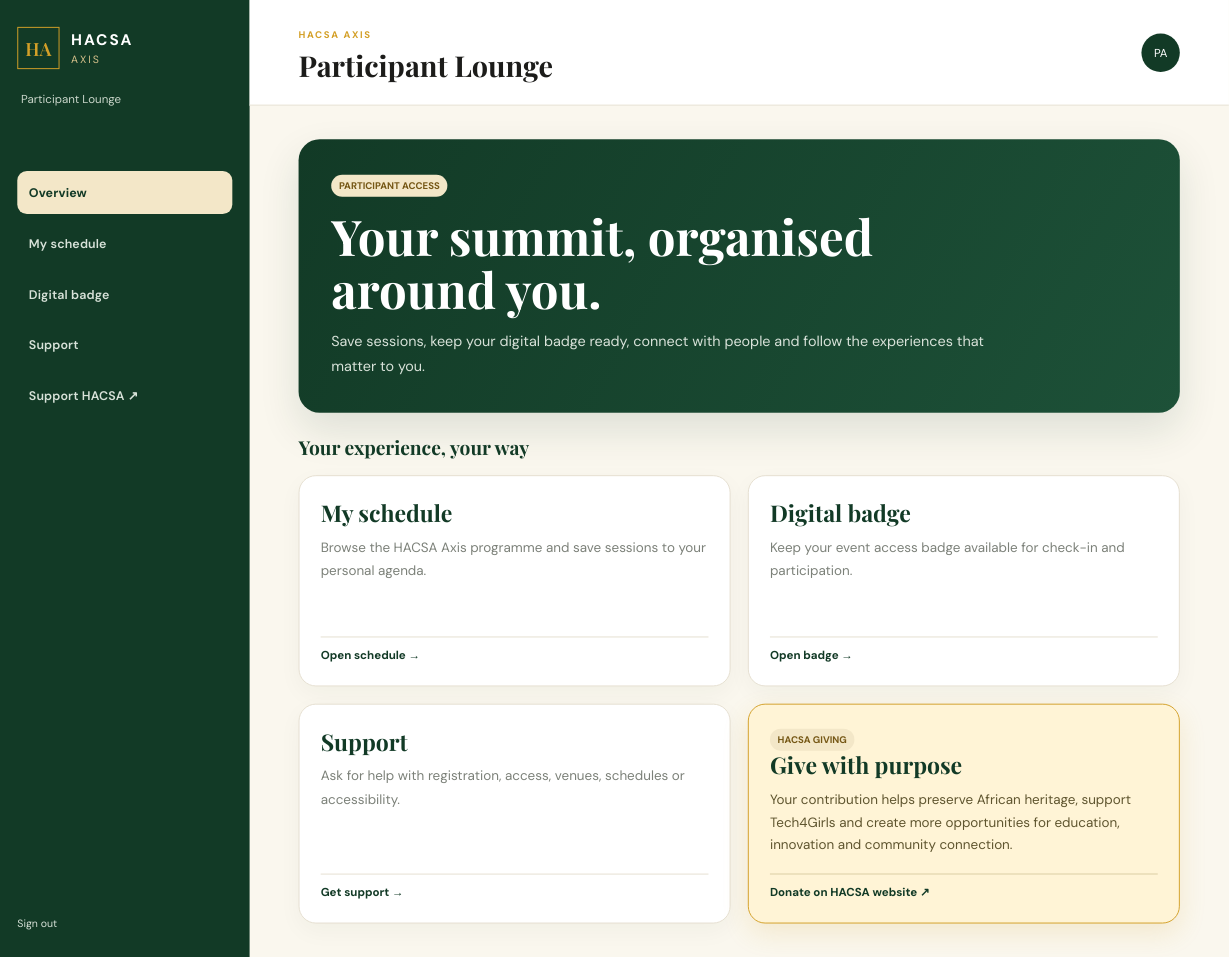
Repository: lawrencia-coder/HACSA_Axis_Participant_Speaker_v2
Page: participant.html
An editor plug-in stored every save of this project. The page is shown before and after the next save, followed by the edit.
The browser window is 1280 px wide. The pictures show the whole page, at 96% of full size.

Above is the page before, as saved 2026-09-18 02:56:03.

After the next save:
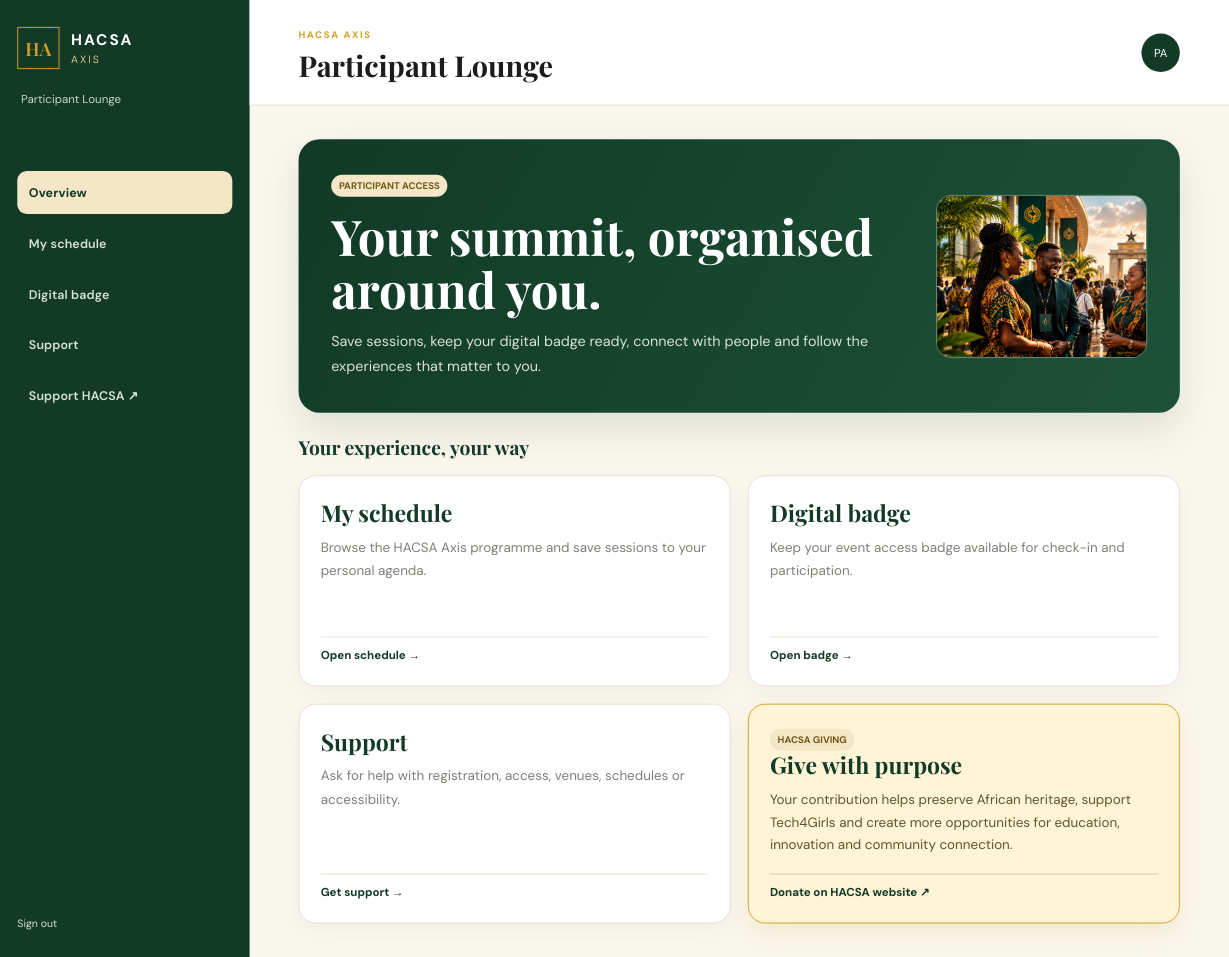
Saved 10 min 25 s later.
--- a/participant.html
+++ b/participant.html
@@ -55,8 +55,25 @@
             color: #fff;
             border-radius: 22px;
             padding: 36px 34px;
+            display: flex;
+            align-items: center;
+            justify-content: space-between;
+            gap: 28px;
             box-shadow: 0 18px 42px rgba(18, 58, 38, .12);
             margin-bottom: 22px
+        }
+
+        .workspace-banner-copy {
+            max-width: 680px
+        }
+
+        .workspace-banner-image {
+            width: 220px;
+            height: 170px;
+            object-fit: cover;
+            border-radius: 16px;
+            border: 1px solid rgba(255, 255, 255, .35);
+            flex-shrink: 0
         }
 
         .workspace-banner h2 {
@@ -184,6 +201,16 @@
 
             .grid {
                 grid-template-columns: 1fr
+            }
+
+            .workspace-banner {
+                align-items: flex-start;
+                flex-direction: column
+            }
+
+            .workspace-banner-image {
+                width: 100%;
+                height: 190px
             }
         }
     </style>
@@ -217,10 +244,13 @@
             </header>
             <section class="content">
                 <div class="workspace-banner">
-                    <span class="tag">PARTICIPANT ACCESS</span>
-                    <h2>Your summit, organised around you.</h2>
-                    <p>Save sessions, keep your digital badge ready, connect with people and follow the experiences that
-                        matter to you.</p>
+                    <div class="workspace-banner-copy">
+                        <span class="tag">PARTICIPANT ACCESS</span>
+                        <h2>Your summit, organised around you.</h2>
+                        <p>Save sessions, keep your digital badge ready, connect with people and follow the experiences
+                            that matter to you.</p>
+                    </div>
+                    <img class="workspace-banner-image" src="images/heritage.png" alt="African heritage and culture at HACSA">
                 </div>
 
                 <div class="section-head">
